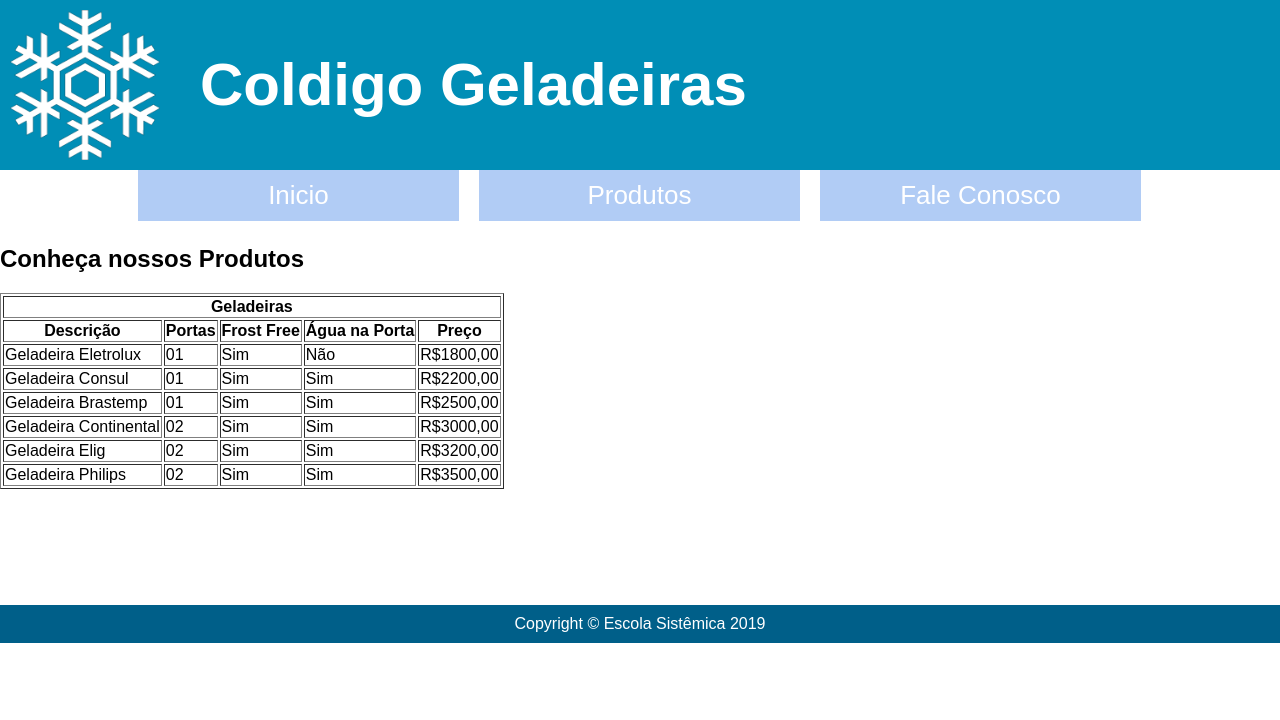
Repository: VandersonCani/Front-End
Page: ProjetoTrilhaWeb/src/main/webapp/WEB-INF/pages/site/produtos.html
These files come from the project's save history. The page is drawn as it stood at one moment and after the next save; the edit follows.
The browser window is 1280 px wide. The pictures show the whole page.

Above is the page before, as saved 2024-05-08 00:25:47.

### ProjetoTrilhaWeb/src/main/webapp/WEB-INF/pages/site/produtos.html
<!DOCTYPE html>
<html lang="pt-br">
<head>

<meta charset="UTF-8">
<meta name= "description" content= "Site da Coldigo Geladeiras">
<meta name= "keywords" content= "Geladeiras, Frost-free, Refrigeração">
<meta name= "author" content= "Escola Sistêmica">
<meta name= "viewport" content= "width=device-width, initial-scale=1.0">
<title>Coldigo Geladeiras</title>
<link rel="stylesheet" type="text/css" href="../../css/site.css">
</head>
<body>
	<header>
	<img src="../../imgs/logo.png" alt="Logo da Coldigo Geladeiras">
	<h1>Coldigo Geladeiras</h1>
	</header>
	<nav>
	<a href="../../index.html"><div class= "opcao">Inicio</div></a>
	<a href="../../pages/site/produtos.html"><div class= "opcao">Produtos</div></a>
	<a href="../../pages/site/faleconosco.html"><div class= "opcao">Fale Conosco</div></a>
	</nav>
	<section>
		<h2>Conheça nossos Produtos</h2>
		<table border= 1>
			<thead>
				<tr>
					<th colspan="5"> Geladeiras</th>
				</tr>
				<tr>
					<th>Descrição</th>
					<th>Portas</th>
					<th>Frost Free</th>
					<th>Água na Porta</th>
					<th>Preço</th>
				</tr>
			</thead>
			<tbody>
				<tr>
					<td>Geladeira Eletrolux</td>
					<td>01</td>
					<td>Sim</td>
					<td>Não</td>
					<td>R$1800,00</td>
				</tr>
				<tr>
					<td>Geladeira Consul</td>
					<td>01</td>
					<td>Sim</td>
					<td>Sim</td>
					<td>R$2200,00</td>
				</tr>
				<tr>
					<td>Geladeira Brastemp</td>
					<td>01</td>
					<td>Sim</td>
					<td>Sim</td>
					<td>R$2500,00</td>
				</tr>
				<tr>
					<td>Geladeira Continental</td>
					<td>02</td>
					<td>Sim</td>
					<td>Sim</td>
					<td>R$3000,00</td>
				</tr>
				<tr>
					<td>Geladeira Elig</td>
					<td>02</td>
					<td>Sim</td>
					<td>Sim</td>
					<td>R$3200,00</td>
				</tr>
				<tr>
					<td>Geladeira Philips</td>
					<td>02</td>
					<td>Sim</td>
					<td>Sim</td>
					<td>R$3500,00</td>
				</tr>
			</tbody>
		</table>
	</section>
	<footer>Copyright &copy; Escola Sistêmica 2019</footer>
</body>
</html>

### ProjetoTrilhaWeb/src/main/webapp/WEB-INF/css/site.css
@charset "UTF-8";
/*configuração geral do corpo da página*/

body{
	margin: 0 auto;
	font-family:"Century Gothic", sans-serif;
}

/****************************** Configurações Gerais ***************************************/
/*cabeçalho*/
header{
	height: 170px;
	background-color: #008eb6;
}
header img{
	float: left;
	height: 150px;
	width: 150px;
	margin: 10px;
}
header h1{
	float: left;
	margin: 50px 0 0 30px;
	font-size: 60px;
	color: #ffffff;
}
/* Menu */
nav{
	clear: both;
	width: 80%;
	margin: 0px auto;
	height: 55px;
}
nav a{
	color: white;
	text-decoration: none;
	text-align: center;
}
nav .opcao{
	float: left;
	width: 31.3%;
	background-color: #b1ccf5;
	padding:10px 0;
	margin: 0 1%;
	font-size: 26px;
}
nav .opcao:hover{
	background-color:#83afd3;
}

/*Área geral para conteúdos específicos de cada página*/
section{
	clear:both;
	min-height:360px;
	width: 100%;
	margin-top: 0px;
}
footer{
	background-color:#005f89;
	color:#fff;
	text-align:center;
	padding:10px;
}

After the next save:
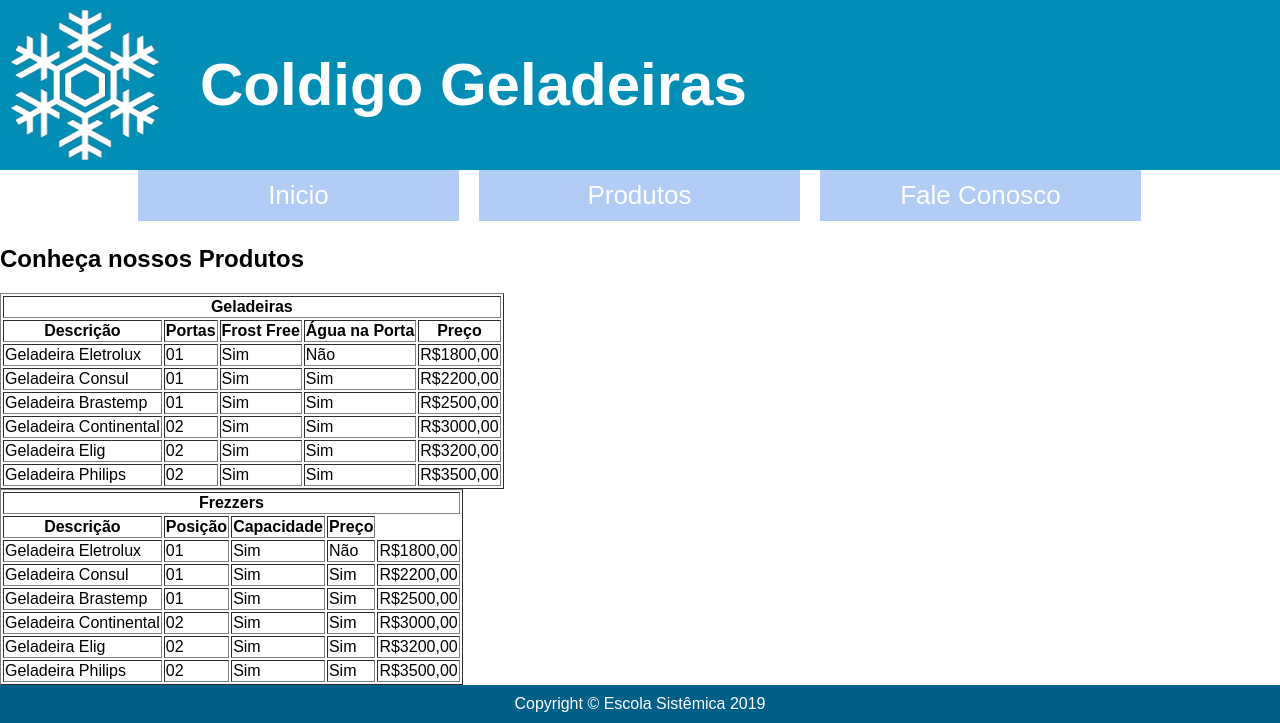
Saved 7 min 33 s later.
--- a/ProjetoTrilhaWeb/src/main/webapp/WEB-INF/pages/site/produtos.html
+++ b/ProjetoTrilhaWeb/src/main/webapp/WEB-INF/pages/site/produtos.html
@@ -80,6 +80,63 @@
 				</tr>
 			</tbody>
 		</table>
+		<table border= 1>
+			<thead>
+				<tr>
+					<th colspan="5"> Frezzers</th>
+				</tr>
+				<tr>
+					<th>Descrição</th>
+					<th>Posição</th>
+					<th>Capacidade</th>
+					<th>Preço</th>
+				</tr>
+			</thead>
+			<tbody>
+				<tr>
+					<td>Geladeira Eletrolux</td>
+					<td>01</td>
+					<td>Sim</td>
+					<td>Não</td>
+					<td>R$1800,00</td>
+				</tr>
+				<tr>
+					<td>Geladeira Consul</td>
+					<td>01</td>
+					<td>Sim</td>
+					<td>Sim</td>
+					<td>R$2200,00</td>
+				</tr>
+				<tr>
+					<td>Geladeira Brastemp</td>
+					<td>01</td>
+					<td>Sim</td>
+					<td>Sim</td>
+					<td>R$2500,00</td>
+				</tr>
+				<tr>
+					<td>Geladeira Continental</td>
+					<td>02</td>
+					<td>Sim</td>
+					<td>Sim</td>
+					<td>R$3000,00</td>
+				</tr>
+				<tr>
+					<td>Geladeira Elig</td>
+					<td>02</td>
+					<td>Sim</td>
+					<td>Sim</td>
+					<td>R$3200,00</td>
+				</tr>
+				<tr>
+					<td>Geladeira Philips</td>
+					<td>02</td>
+					<td>Sim</td>
+					<td>Sim</td>
+					<td>R$3500,00</td>
+				</tr>
+			</tbody>
+		</table>
 	</section>
 	<footer>Copyright &copy; Escola Sistêmica 2019</footer>
 </body>
